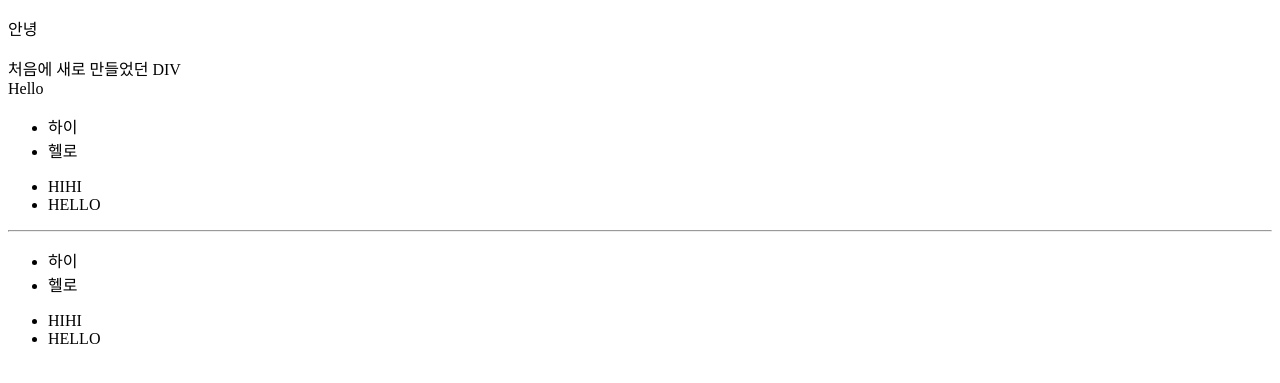
Repository: Baechangho/JavaBasic
Page: workspace_web/Front/src/main/webapp/jquery/jq_07.html
These files come from the project's save history. The page is drawn as it stood at one moment and after the next save; the edit follows.
The browser window is 1280 px wide. The pictures show the whole page.

Above is the page before, as saved 2023-08-09 06:35:27.

### workspace_web/Front/src/main/webapp/jquery/jq_07.html
<!DOCTYPE html>
<html>
<head>
<meta charset="UTF-8">
<title>Insert title here</title>
<script type="text/javascript" src="https://code.jquery.com/jquery-3.7.0.min.js"></script>
<script type="text/javascript">
$(function() {

	//새로운 <div>태그 노드 객체 생성하기
	var $div = $("<div>")

	//객체는 생성되어 출력으로 확인가능
	//하지만 DOM트리에는 추가되지 않아 화면에는 없음
	console.log($div)

	//새로 생성된 객체는 선택되지 않음
	//->DOM트리에 추가되지 않았음
	console.log($("div"))

	//----------------------------------------------------

	var $myDiv = $("div#myDiv")

	//myDiv노드의 자식으로 새로운<div>($div)를 추가한다
	$myDiv.append($div)

	var $div2 = $("<div>Hello</div>")
	$myDiv.append($div2)

	//----------------------------------------------------

	$div.html("처음에 새로 만들었던 DIV")

	//----------------------------------------------------

	var $newDiv =
		$("<div>")
		.append($("<ul>")
				.append($("<li>").html("하이"))
				.append($("<li>").html("헬로")))
		.append($("<ul>")
				.append($("<li>").html("HIHI"))
				.append($("<li>").html("HELLO")))

	//<body> 노드 객체에 대한 jQuery 스타일
	$(document.body).append($newDiv)

	//----------------------------------------------------

	//객체 복사하기
	var $cloneDiv = $newDiv.clone()

// 	$(document.body).append("<hr>")
// 	$(document.body).append($cloneDiv)

	var $body = $(document.body)
	$body.append("<hr>")
	$body.append($cloneDiv)


})
</script>
</head>
<body>
<div id="myDiv">
	<p>안녕</p>
</div>
</body>
</html>

After the next save:
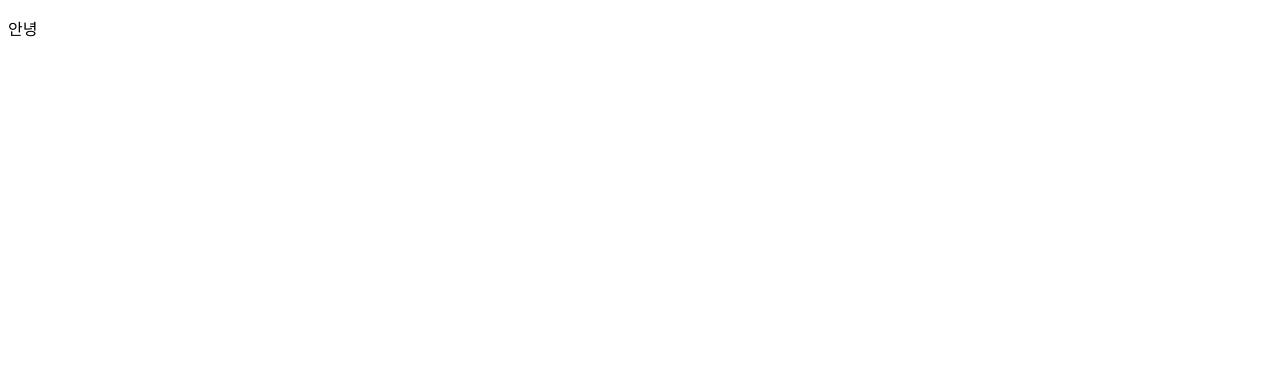
Console error: SyntaxError: Unexpected token '.'
Saved 82 s later.
--- a/workspace_web/Front/src/main/webapp/jquery/jq_07.html
+++ b/workspace_web/Front/src/main/webapp/jquery/jq_07.html
@@ -54,11 +54,13 @@
 // 	$(document.body).append("<hr>")
 // 	$(document.body).append($cloneDiv)
 
-	var $body = $(document.body)
-	$body.append("<hr>")
-	$body.append($cloneDiv)
+// 	var $body = $(document.body)
+// 	$body.append("<hr>")
+// 	$body.append($cloneDiv)
 
-
+	var $body
+		.append("<hr>")
+		.append($cloneDiv)
 })
 </script>
 </head>

After the save that followed:
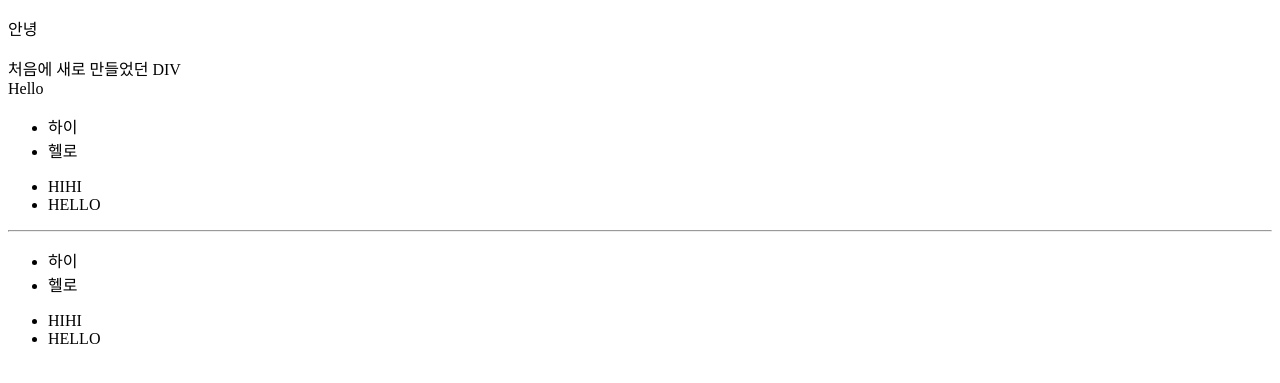
The error is gone.
Saved 12 s later.
--- a/workspace_web/Front/src/main/webapp/jquery/jq_07.html
+++ b/workspace_web/Front/src/main/webapp/jquery/jq_07.html
@@ -58,7 +58,7 @@
 // 	$body.append("<hr>")
 // 	$body.append($cloneDiv)
 
-	var $body
+	$(document.body)
 		.append("<hr>")
 		.append($cloneDiv)
 })
